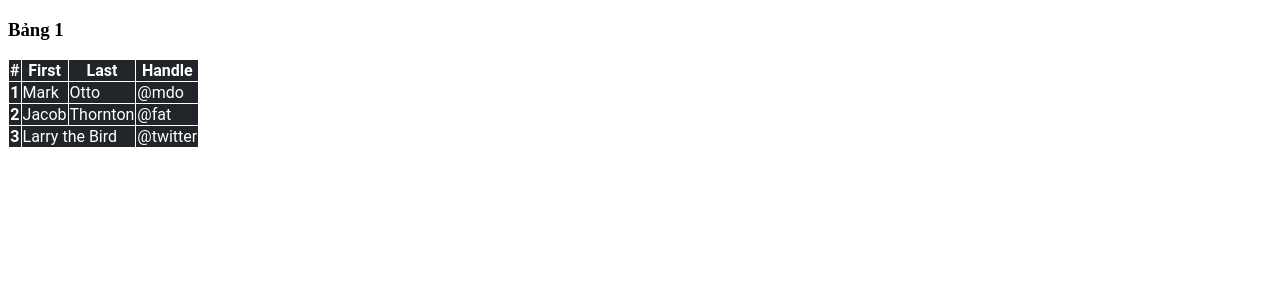
Repository: ThuatDev/BTVN_FE_JUNE
Page: index.html
An editor plug-in stored every save of this project. The page is shown before and after the next save, followed by the edit.
The browser window is 1280 px wide. The pictures show the whole page.

Above is the page before, as saved 2023-08-02 15:19:36.

After the next save:
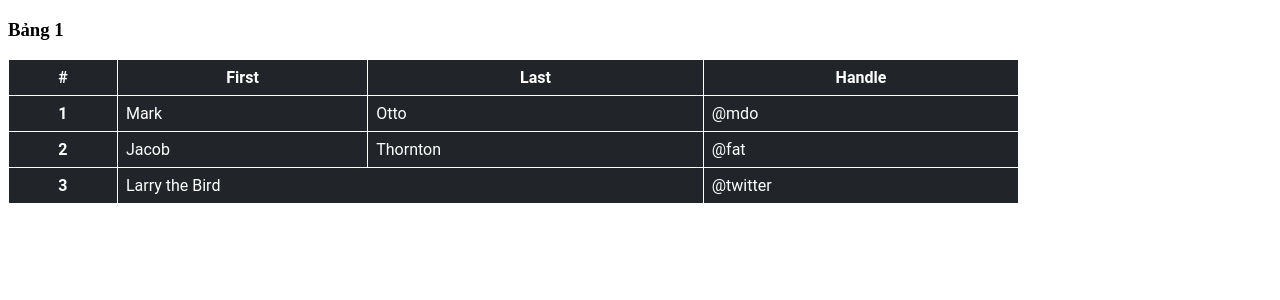
Saved 91 s later.
--- a/index.html
+++ b/index.html
@@ -29,6 +29,42 @@
       }
       .table {
         border-collapse: collapse;
+      }
+      /* Bao bọc bảng trong một container để sử dụng flexbox */
+      .table-container {
+        display: flex;
+        justify-content: center; /* Căn giữa bảng trong màn hình */
+      }
+
+      /* Áp dụng chiều rộng 80% cho bảng */
+      .table {
+        width: 80%;
+        font-family: "Roboto", sans-serif;
+        font-size: 16px;
+        font-weight: normal;
+        background-color: #212529;
+        color: #fff;
+        border-collapse: collapse;
+      }
+
+      /* Các quy tắc CSS khác giữ nguyên như trong câu hỏi trước */
+      .table th {
+        font-weight: bold;
+        color: #fff;
+      }
+
+      .table td {
+        color: #fff;
+      }
+
+      .table th,
+      .table td {
+        border: 1px solid #fff;
+        padding: 8px;
+      }
+
+      .table thead th {
+        padding: 8px;
       }
     </style>
   </head>
